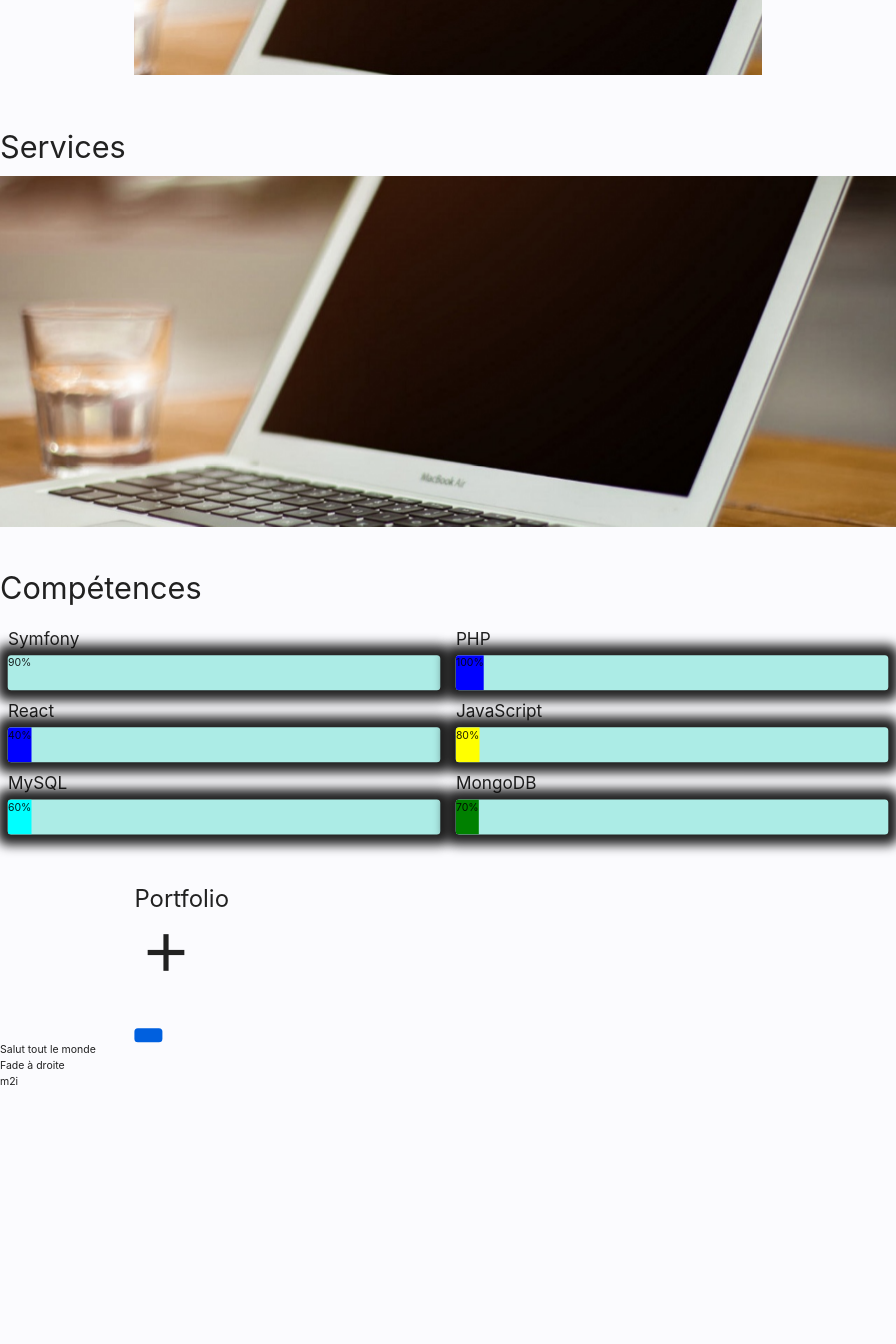
Repository: duncanidaho14/mavitrine
Page: index.html
An editor plug-in stored every save of this project. The page is shown before and after a run of saves, followed by the edit.
The browser window is 1280 px wide. The pictures show the part of the page from y = 1130 to 3050 px (the page is 4178 px tall), at 70% of full size.

Above is the page before, as saved 2021-06-15 19:31:08.
Console error: ReferenceError: loader is not defined

### index.html
<!DOCTYPE html>
<html lang="fr">
<head>
    <meta charset="UTF-8">
    <meta http-equiv="X-UA-Compatible" content="IE=edge">
    <meta name="viewport" content="width=device-width, initial-scale=1.0">
    <meta name="description" content="">
    <meta name="theme-color" content="#84db94">
    <!-- Compiled and minified CSS -->
    <link href="https://fonts.googleapis.com/icon?family=Material+Icons" rel="stylesheet">
    <link rel="stylesheet" href="https://cdnjs.cloudflare.com/ajax/libs/materialize/1.0.0/css/materialize.min.css">
    <link href="https://unpkg.com/aos@2.3.1/dist/aos.css" rel="stylesheet">
    <link rel="stylesheet" href="./assets/css/style.css">
    <title>Elhadi BEDDAREM</title>
</head>
<body>
<div class="inc">

    <header class="container-fluid">
        <div class="row">
            <nav class="navbar-fixed">
                <div class="nav-wrapper">
                    <a id="switch" onclick="toggleTheme()" class="waves-effect waves-light btn-large"><i class="material-icons">airplay</i></a>
                    <a href="#!" class="brand-logo">EB<i class="material-icons">cloud</i></a>
                    <ul class="right hide-on-med-and-down">
                        <li><a href="#services" class="sc"><i class="material-icons">search</i></a></li>
                        <li><a href="#competences"><i class="material-icons">view_module</i></a></li>
                        <li><a href="#parcours"><i class="material-icons">refresh</i></a></li>
                        <li><a href="#contact"><i class="material-icons">more_vert</i></a></li>
                    </ul>
                </div>
            </nav>
            <ul class="sidenav" id="mobile-demo">
                <li><a href="#quisuisje">Qui suis-je ?</a></li>
                <li><a href="#mestechno">Mes techno</a></li>
                <li><a href="#parcours">Parcours</a></li>
                <li><a href="#contact">Contact</a></li>
            </ul>
            <ul id="slide-out" class="sidenav">
                <li>
                    <div class="user-view">
                        <div class="background">
                            <img src="/assets/img/mysql.png" class="circle">
                        </div>
                        <a href="#user"><img class="circle" src="/assets/img/git.png"></a>
                        <a href="#name"><span class="black-text name">Elhadi Beddarem</span></a>
                        <a href="#email"><span class="black-text email">elhadibeddarem@gmail.com</span></a>
                    </div>
                </li>
                <li><a href="https://codeintheshell.fr" target="_blank"><i class="material-icons">cloud</i>Autre site : codeintheshell.fr</a></li>
                <li><a href="https://shtex.fr/">Autre site : shtex.fr</a></li>
                <li><a href="http://shtexworld.fr/">Autre site : shtexworld.fr</a></li>
                <li>
                    <div class="divider"></div>
                </li>
                <li><a class="subheader">séparateur</a></li>
                <li><a class="waves-effect" href="./assets/img/cvelhadi.pdf" download="cvelhadi"><i class="material-icons">cloud_download</i> CV Download</a></li>
            </ul>
            <a href="#" data-target="slide-out" class="sidenav-trigger"><i class="material-icons">menu</i></a>
        </div>
    </header>

    <section class="container">
        <article class="row">
            <h1 class="elhadi-title" data-aos="fade-right">Elhadi BEDDAREM</h1>
            <h2 data-aos="fade-left">Concepteur d'Application Web</h2>
            <div class="carousel" data-aos="zoom-in-left">
                <a class="carousel-item" href="#two!"><img src="./assets/img/react.png"></a>
                <a class="carousel-item" href="#one!"><img src="./assets/img/symfony.png"></a>
                <a class="carousel-item" href="#three!"><img src="./assets/img/mysql.png"></a>
                <a class="carousel-item" href="#four!"><img src="./assets/img/git.png"></a>
                <a class="carousel-item" href="#five!"><img src="./assets/img/javascript.png"></a>
            </div>

            <div class="parallax-container" data-aos="zoom-in-left">
                <div class="parallax">
                    <img src="./assets/img/ordinateur-de-bureau-pc.jpg" alt="ordinateur de bureau"/>
                </div>
            </div>
        </article>


    </section>

    <section class="container-fluid">
        <div id="services" class="section scrollspy"></div>
        <article class="row services">
            <h3>Services</h3>
            <div class="parallax-container" data-aos="zoom-in-right">
                <div class="parallax">
                    <img src="./assets/img/ordinateur-de-bureau-pc.jpg" alt="ordinateur de bureau"/>
                </div>
            </div>
        </article>
    </section>

    <section class="container-fluid section scrollspy" data-aos="fade-up" id="competences">
        <article class="row competences">
            <h3>Compétences</h3>

                <div class="col s6 ">
                    <h5 class="title-five">Symfony</h5>
                    <div class="progress bar">
                        <div class="determinate symfony" data-done="90">90%</div>
                    </div>
                    <h5 class="title-five">React</h5>
                    <div class="progress bar">
                        <div class="determinate react" data-done="40">40%</div>
                    </div>
                    <h5 class="title-five">MySQL</h5>
                    <div class="progress bar">
                        <div class="determinate mysql" data-done="60">60%</div>
                    </div>
                </div>
                <div class="col s6">
                    <h5 class="title-five">PHP</h5>
                    <div class="progress bar">
                        <div class="determinate php" data-done="100">100%</div>
                    </div>
                    <h5 class="title-five">JavaScript</h5>
                    <div class="progress bar">
                        <div class="determinate javascript" data-done="80">80%</div>
                    </div>
                    <h5 class="title-five">MongoDB</h5>
                    <div class="progress bar">
                        <div class="determinate mongodb" data-done="70">70%</div>
                    </div>
                </div>
        </article>

    </section>

    <aside class="container">
        <article class="row">
            <h4>Portfolio</h4>
            <p><i class="material-icons large">add</i></p>
            <div id="search" class="section scrollspy"></div>
        </article>
        <button></button>
    </aside>




<div data-aos="fade-up">Salut tout le monde</div>



<div data-aos="fade-right">Fade à droite</div>


<div class="fadeup" data-aos="fade-up"
    data-aos-anchor-placement="top-center">
        m2i
</div>
<section class="container">
    <article class="row">
        <h3>Contact</h3>
        <form action="./contact.php" method="POST">
            <input type="text" class="input-group-text" placeholder="nom">
            <input type="email" class="input-group-text" placeholder="email">
            <a class="waves-effect waves-light btn"><i class="material-icons right">cloud</i>Envoyer</a>        </form>

    </article>
</section>

    <footer>
        <p>
                En 2016, un ami m'a mis le pied à l'étriller en me montrant PHP et MySQL.
                Alors je me suis formé au joie du code et m'orienté dans le domaine du web.
                J'ai commencé à suivre des formations sur des plateformes gratuites telle que youtube, freecodecamp
                mais aussi payantes telle que udemy.
            </p>
            <p>En 2017, j'ai travaillé chez FTL Express, une société chinoise de livraison de colis.
                Nous avions pour projet une application d'impression de timbres postaux.
                Le but étant de facilité l'envoie de colis postaux vers la chine pour les personnes chinoises vivant en France. Ceux là leur simplifie  la vie puisqu'il n'ont pas
                à faire la queue à la poste pour l'envoie de leur colis.
                Coté front nous avons utilisé Vue JS et coté back Java. En temps que développeur front-end je suis responsable de la qualité de mon code<br>
                - Migration Vue 2.* et Int8 de l'application<br>
                - Implémentationde fonctionnalité d’importation de CSV
                - Test Unitaire et fonctionnel.<br>
                et de PDF<br>
                <span>Environnement technique: Vue JS, Node JS, Express,
                Element io, Chai, Mocha, SCRUM.</span>
            </p>

            <p>En 2018, j'ai travaillé pour la société Azzerisk Advantage basée à saint Mandé. AZZERISK Advantage est un cabinet indépendant et international proposant
            des solutions complètes en risk management. <br>
                    -         Installation de Cassandra sous windows 10<br>
                    -         Ajout de nouvelles règles de gestion<br>
                    -         Stockage en base de données NoSQL (Cassandra)<br>
                    -         Maintenance évolutive et corrective sur un logiciel de comparaison de stratégie de risk. <br>
                    -         Mise en forme de l’application grâce au flexbox<br>
                    Environnement technique : AngularJS, Oracle, Cassandra, REST, Elasticsearch
            </p>

            <p>En 2019, J'ai travaillé sur des projets personnels : <br>
                <a href="https://shtex.fr" target="_blank">https://shtex.fr</a> est un site en React JS. C'est une SPA connecté à une API REST (the MovieDB). <br>
                <a href="http://shtexworld.fr" target="_blank">https://shtexworld.fr</a> est un site en javascript. Le jeu Snake pour les amateurs ;)<br>
                <a href="http://shtexworld.com"target="_blank" >https://shtexworld.com</a> est un site en React JS. il permet de voir la valeur de la monnaie par rapport au dollar.<br>
            J'ai lu le livre "tête la première dans les design pattern" écrit par Eric Freeman.
            </p>

            <p>En 2020, Développeur fullstack d'une application de calcul du nutriscore avec une solution Symfony 4.3 (twig) :
                <br>
                <a href="https://www.coopin.io/coopincook" target="_blank" rel="noopener noreferrer">https://www.coopin.io/coopincook</a>
                <br>
                <a href="https://cook.readyplayerweb.com/" target="_blank" rel="noopener noreferrer">https://cook.readyplayerweb.com/</a>
                <br>
                Web Scrapping en php de recette de cuisine. Site cuisine AZ, Marmitton, journal des femmes. <br>
                Implémentation de différentes fonctionnalité comme facebook login, facebook share, google sign-in...
                dans le projet symfony.<br>
                Inscription à l'app, connexion à l'app. envoie de mail avec swiftmailer... <br>
                Importation de CSV dans la base de données grâce à une connexion ssh et scp. <br>
                Installation du bundle webpack encore...<br>
                Ecriture de doc technique...<br>
                Site Wordpress avec Elementor.io
            </p>
            <p>
                cours udemy :
                cours d'algo avec matthieu Gaston
                    - algo de tri
                    -
                Octobre 2020<br>
                cours js<br>
                requete HTTP <br>
                function asynchrone<br>
                cours web component HTML5
            </p>
        <div id="footer">
            <p>je fais des macro sur wow</p>
        </div>
    </footer>

</div>

    <!-- Compiled and minified JavaScript -->
    <script src="https://cdnjs.cloudflare.com/ajax/libs/jquery/3.6.0/jquery.js"></script>
    <script src="https://unpkg.com/@popperjs/core@2"></script>
    <script src="https://cdnjs.cloudflare.com/ajax/libs/materialize/1.0.0/js/materialize.min.js"></script>
    <script src="https://unpkg.com/aos@2.3.1/dist/aos.js"></script>
    <script src="./assets/js/index.js"></script>
    <script>
        AOS.init();
    </script>
</body>
</html>

### assets/css/style.css
@font-face {
    font-family: "aladin-v8-latin-regular";
    src:    url("/assets/static/aladin-v8-latin-regular.woff2") format("woff2"),
            url("/assets/static/aladin-v8-latin-regular.woff") format("woff");
}

.theme-light {
    --color-primary: #0060df;
    --color-secondary: #fbfbfe;
    --color-accent: #fd6f53;
    --color-info: #ff9f41;
    --color-prud: #ffcb99;
    --font-color: #000000;
}

.theme-dark {
    --color-primary: #17ed90;
    --color-secondary: #2e6770;
    --color-third: #ff9f41;
    --color-accent: #12cdea;
    --color-info: #00ffff;
    --color-prud: #730100;
    --font-color: #ffffff;
}



* {
    margin: 0;
    padding: 0;
    box-sizing: border-box;
}

html, body {
    scroll-behavior: smooth;
}

.navbar-fixed {
    margin-top: -80px;
    position: fixed;
    z-index: 999;
    background-color: #0060df;
}

a .sidenav-trigger {
    position: relative;
    margin-top: 140px;
    width: 40px;
    height: 40px;
    z-index: 9999;
}

header.container-fluid {
    margin-top: 80px;
    height: auto;
}

.up {
    background-color: bisque;
}

.fadeup {
    width: 200px;
    height: 400px;
}

.inc {

    background: var(--color-secondary);

}

.inc h1 {
    color: var(--font-color);
}

.inc button {
    width: 10px;
    height: 20px;
    color: var(--font-color);
    background: var(--color-primary);
    padding: 10px 20px;
    border: 0;
    border-radius: 5px;
}

#switch {
    background-color: rgba(128, 0, 49, .2);
    top: -5px;
}

.elhadi-title {
    color: #000000;

}

.determinate {
    position: absolute;
}


div.progress.bar {
    height: 50px;
    border-radius: 5px 5px 5px 5px;
    box-shadow: 0px 0px 15px 15px;
}
div.determinate.symfony {
    background-color: #000000;

    height: 50px;
}

.progress>.determinate.symfony {

    width: 0%;
}

.progress>.determinate.react {
    background-color: blue;
}

.progress>.determinate.mysql {
    background-color: aqua;

}

.progress>.determinate.php {
    background-color: blue;
}

.progress>.determinate.javascript {
    background-color: yellow;
}

.progress>.determinate.mongodb {
    background-color: green;
}

### assets/js/index.js
$(document).ready(function(){
    $(".dropdown-trigger").dropdown();
    $('.sidenav').sidenav();
    $('.carousel').carousel();
    $('.parallax').parallax();
    $('.scrollspy').scrollSpy();
});


let competences = document.querySelector(".competences");
let progress = document.querySelectorAll(".progress");
let determinate = document.querySelectorAll(".determinate");
const symfony = document.querySelector('.determinate.symfony');
const react = document.querySelector(".determinate.react");
const mysql = document.querySelector(".determinate.mysql");
const php = document.querySelector(".determinate.php");
const javascript = document.querySelector(".determinate.javascript");
const mongodb = document.querySelector(".determinate.mongodb");
const progressbar = document.querySelector(".progress.bar");

window.addEventListener('scroll', (e) => {

    if (window.scrollY > 650) {
        competences.classList.add('up');
        symfony.style.width = symfony.getAttribute('data-done')
        loader();
    }else {
        competences.classList.remove('up');
    }
});

// function loader() {
//     for (let i = 0; i < determinate.length; i++) {
//         const element = determinate[i];

//         //console.log(element);
//         setTimeout(() => {
//             symfony.style.width = element.getAttribute('data-done') + '%';
//             console.log(symfony.style.width)

//         }, 1500);

//         setTimeout(() => {
//             react.style.width = element.getAttribute('data-done') + '%';
//             //console.log(react.style.width);
//             mysql.style.width = element.getAttribute('data-done') + '%';
//             //console.log(mysql.style.width);
//             php.style.width = element.getAttribute('data-done') + '%';
//             javascript.style.width = element.getAttribute('data-done') + '%';
//             mongodb.style.width = element.getAttribute('data-done') + '%';
//         }, 2600);

//     }

// }

/**
 * Permet d'afficher l'onglet d'une couleur différente
 * Ne marche que sur chrome Android
 * @returns Color
 */
function getRandomRGBValue() {
    return Math.min(Math.floor(Math.random() * 255 + 1), 255);
}

function getRandomColor() {
    var r = getRandomRGBValue(),
        g = getRandomRGBValue(),
        b = getRandomRGBValue();
    return "#" + (((1 << 24) + (r << 16) + (g << 8) + b).toString(16).slice(1));
}

function changeThemeColor() {
    var metaThemeColor = document.querySelector("meta[name=theme-color]");
    metaThemeColor.setAttribute("content", getRandomColor());
    setTimeout(function () {
        changeThemeColor();
    }, 3000);
}

changeThemeColor();


// function to set a given theme/color-scheme
function setTheme(themeName) {
    localStorage.setItem('theme', themeName);
    document.documentElement.className = themeName;
}
// function to toggle between light and dark theme
function toggleTheme() {
    if (localStorage.getItem('theme') === 'theme-dark') {
        setTheme('theme-light');
    } else {
        setTheme('theme-dark');
    }
}
// Immediately invoked function to set the theme on initial load
(function () {
    if (localStorage.getItem('theme') === 'theme-dark') {
        setTheme('theme-dark');
    } else {
        setTheme('theme-light');
    }
})();

After the next 2 saves:
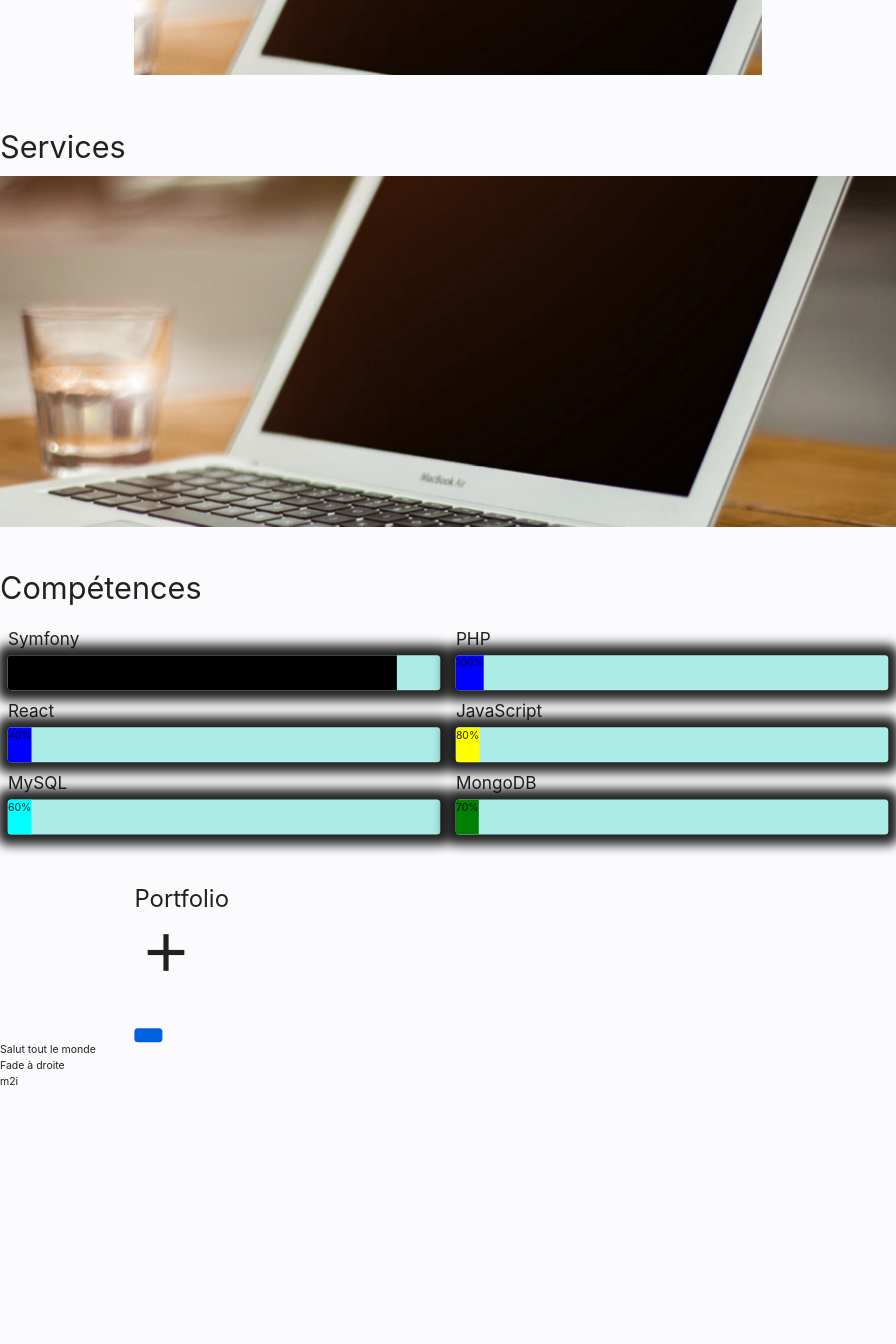
The 2 saves are shown as one change because they came seconds apart.
The last was saved 6 s later.
--- a/assets/js/index.js
+++ b/assets/js/index.js
@@ -22,7 +22,7 @@
 
     if (window.scrollY > 650) {
         competences.classList.add('up');
-        symfony.style.width = symfony.getAttribute('data-done')
+        symfony.style.width = symfony.getAttribute('data-done') + '%';
         loader();
     }else {
         competences.classList.remove('up');
